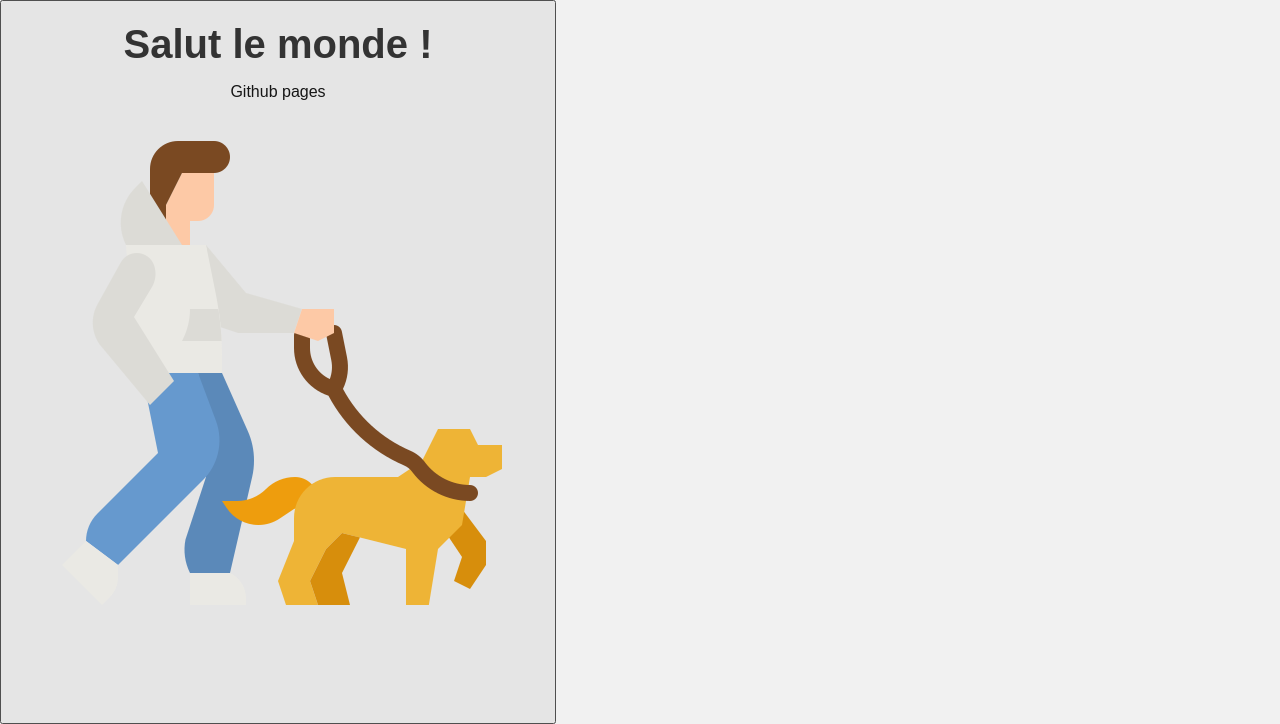
Repository: CarmenFerlatte/demoGithubPages
Page: index.html
The author's editor kept a copy of each file at every save. The page is drawn from the files as they stood at one save, then again after the next save.
The browser window is 1280 px wide. The pictures show the whole page.

Above is the page before, as saved 2024-08-09 16:49:26.

### index.html
<!DOCTYPE html>
<html lang="fr-ca">
  <head>
    <meta charset="UTF-8" />
    <meta name="viewport" content="width=device-width, initial-scale=1.0" />
    <title>Salut World !</title>
    <link rel="stylesheet" href="css/style.css" />
    <link rel="stylesheet" href="css/mobile.css" />
    <link rel="icon" href="images/icons/blob.svg" type="image/x-icon" />
    <link rel="manifest" href="manifest.json" />
    <link rel="apple-touch-icon" href="images/icons/apple-touch-icon.png" />

    <script>
      if ("serviceWorker" in navigator) {
        window.addEventListener("load", () => {
          navigator.serviceWorker.register("service-worker.js").then((reg) => {
            console.log("Service worker registered.", reg);
          });
        });
      }
    </script>
    <script src="service-worker.js" defer></script>
  </head>
  <body>
    <header>
      <button class="nav-link"
    </header>
    <main>
      <section class="container">
        <h1>Salut le monde !</h1>
        <p>Github pages</p>
        <img
          class="icon-512"
          src="images/icons/icon-512x512.png"
          alt="Promenade avec pitou"
        />
      </section>
    </main>
  </body>
</html>

### css/style.css
* {
  margin: 0;
  padding: 0;
  box-sizing: border-box;
}

body {
  font-family: "Poppins", sans-serif;
  background-color: #f1f1f1;
}

h1 {
  font-size: 2.5rem;
  font-weight: 600;
  color: #333;
  margin-bottom: 1rem;
}

p {
  font-size: 1rem;
  color: #161616;
  margin-bottom: 1rem;
}

a {
  text-decoration: none;
  color: rgb(222, 227, 242);
}

a:hover {
    color: greenyellow;
}

.header-nav {
    width: 100%;
    height: 100px;
    margin: 0;
    padding: 0;
    display: flex;
    flex-direction: row;
    justify-content: center;
    align-items: center;
    background-color: rgb(42, 41, 41);

}

.container {
    max-width: 75rem;
    height: 100vh;
    margin: 0 auto;
    padding: 1.25rem;
}

### css/mobile.css
@media screen and (max-width: 640px) {
    .icon-512 {
        width: 256px;
    }
}

### service-worker.js
// Update cache names any time any of the cached files change.
const CACHE_NAME = 'static-cache-v5';

// Add list of files to cache here.
const FILES_TO_CACHE = [
    './offline.html',
    './index.html',
    './css/styles.css',
    './css/mobile.css',
    './manifest.json',
    './images/icons/icon-144x144.png',
    './images/icons/icon-152x152.png',
    './images/icons/icon-192x192.png',
    './images/icons/icon-256x256.png',
    './images/icons/icon-512x512.png'
];

// Installation
self.addEventListener('install', (evt) => {
    console.log('[ServiceWorker] Install');

    // Precache static resources here.
    evt.waitUntil(
        caches.open(CACHE_NAME).then((cache) => {
            console.log('[ServiceWorker] Mise en cache des fichiers statiques de l\'application');
            return cache.addAll(FILES_TO_CACHE);
        })
    );

    self.skipWaiting();
});

// Activation
self.addEventListener('activate', (evt) => {
    console.log('[ServiceWorker] Activate');

    // Remove previous cached data from disk.
    evt.waitUntil(
        caches.keys().then((keyList) => {
            return Promise.all(keyList.map((key) => {
                if (key !== CACHE_NAME) {
                    console.log('[ServiceWorker] Removing old cache', key);
                    return caches.delete(key);
                }
            }));
        })
    );

    self.clients.claim();
});

// Accès à une ressource
self.addEventListener('fetch', (evt) => {
    console.log('[ServiceWorker] Fetch', evt.request.url);

    // Gestion de l'événement fetch (accès à une ressource)
    if (evt.request.mode !== 'navigate') {
        // Not a page navigation, bail.
        return;
    }
    evt.respondWith(
        fetch(evt.request) // On tente de récupérer la ressource
            .catch(() => {
                // Si la récupération échoue, on renvoie la page offline
                return caches.open(CACHE_NAME)
                    .then((cache) => {
                        return cache.match('./offline.html');
                    });
            })
    );
});

After the next save:
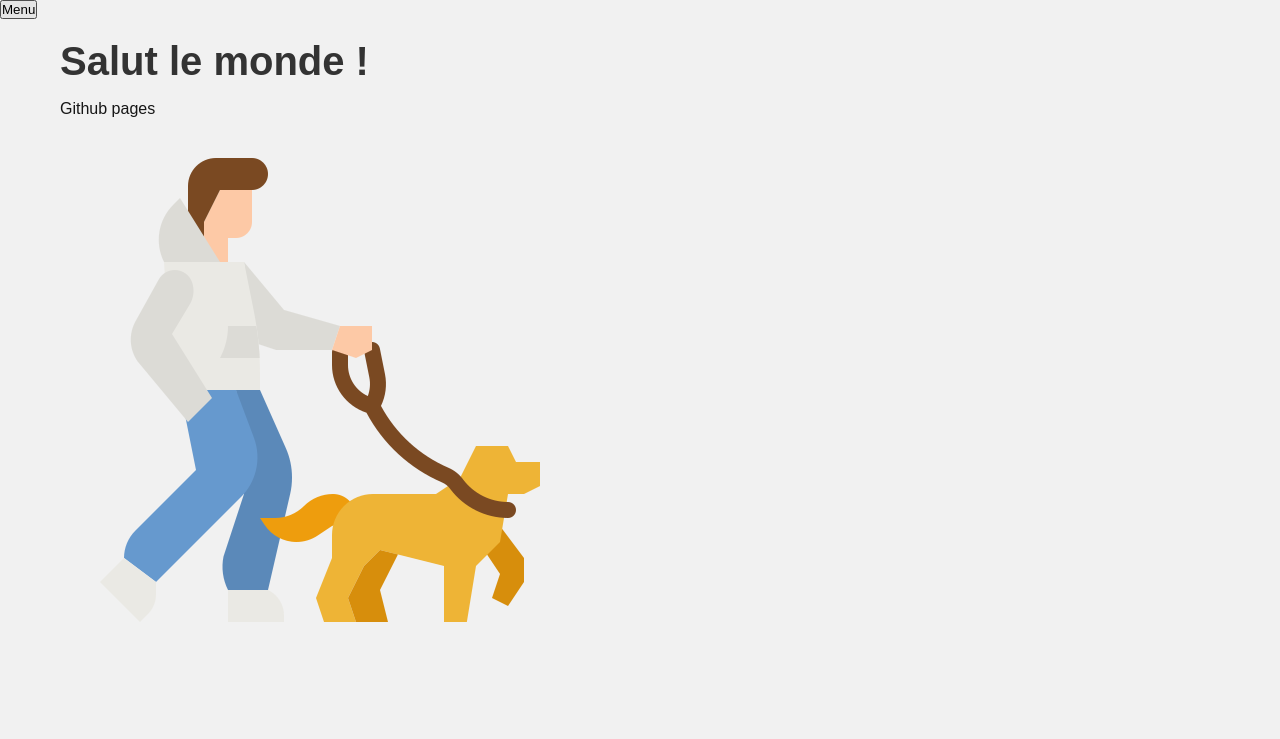
Saved 11 s later.
--- a/index.html
+++ b/index.html
@@ -23,7 +23,7 @@
   </head>
   <body>
     <header>
-      <button class="nav-link"
+      <button class="nav-link">Menu</button>
     </header>
     <main>
       <section class="container">
